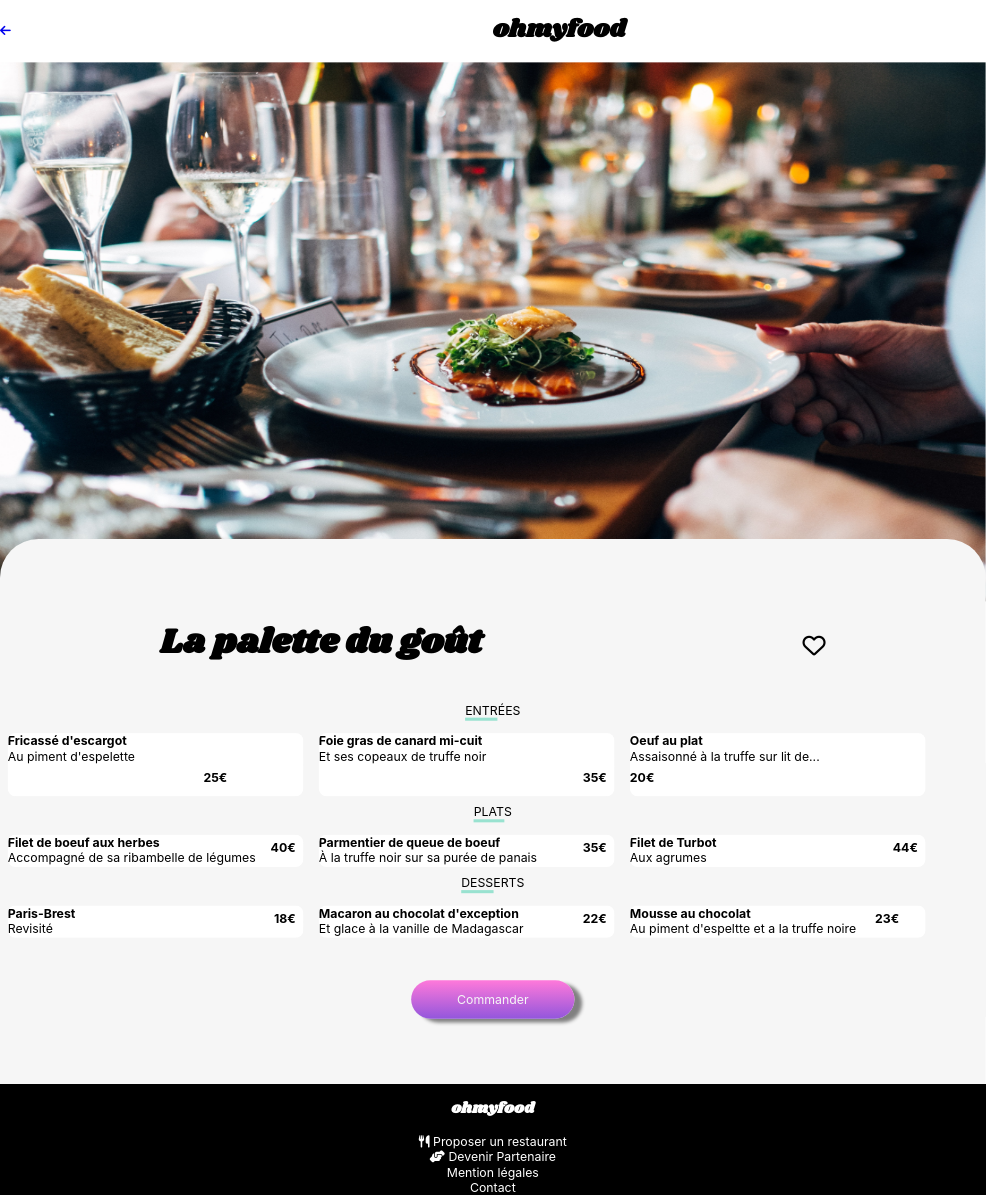
Repository: yacinebouk/ohmyfood
Page: palette.html
These files come from the project's save history. The page is drawn as it stood at one moment and after the next save; the edit follows.
The browser window is 1280 px wide. The pictures show the whole page, at 77% of full size.
Some web libraries are served in a nearby version. The style sheet was rebuilt from its Sass, Less or Tailwind sources for each picture, by a compiler version that may differ from the author's.

Above is the page before, as saved 2022-06-28 13:18:43.

### palette.html
<!DOCTYPE html>
<html lang="fr">

<head>
    <script src="https://kit.fontawesome.com/225bbe1e2d.js" crossorigin="anonymous"></script>
    <meta charset="utf-8" />
    <title>ohmyfood</title>
    <link rel="stylesheet" href="style/francaise.css" />
    <meta name="viewport" content="width=device-width, initial-scale=1">

</head>

<body>
    <main>
        <header>
            <div class="tittle-head">
                <div class="logo-tittle"><a href="./index.html"><i class="fa-solid fa-arrow-left"></i></a></div>
                <h1 class="tittle">ohmyfood</h1>
            </div>
            <div class="img-restaurant"><img src="./images/restaurants/jay-wennington-N_Y88TWmGwA-unsplash.jpg" width="100%" height="100%" class="logo" alt="francaise"></div>
        </header>
        <section class="food">
            <div class="french-tittle">
                <h2><b>La palette du goût</b> </h2>
                <div class="logo-heart"><i class="fa-regular fa-heart"></i></div>
            </div>
            <div class="starter">
                <div class="tittle"><span>ENTR</span>ÉES</div>
                <div class="block">
                    <div class="border">

                        <div class="text">
                            <div class="major"><b>Fricassé d'escargot</b></div>
                            <div class="flavors">Au piment d'espelette</div>
                        </div>
                        <div class="block-price">
                            <div class="price"><b>25€</b></div>
                        </div>

                        <div class="icon-slide"><i class="fa-solid fa-circle-check"></i></div>
                    </div>
                    <div class="border">
                        <div class="text">
                            <div class="major"><b>Foie gras de canard mi-cuit</b></div>
                            <div class="flavors">Et ses copeaux de truffe noir</div>
                        </div>
                        <div class="block-price">
                            <div class="price"><b>35€</b></div>
                            <div class="icon-slide"><i class="fa-solid fa-circle-check"></i></div>
                        </div>
                    </div>
                    <div class="border">
                        <div class="pd-15">
                            <div class="text">
                                <div class="major"><b>Oeuf au plat</b></div>
                                <div class="flavors">Assaisonné à la truffe sur lit de...</div>
                            </div>
                            <div class="block-price">
                                <div class="price"><b>20€</b></div>
                            </div>
                        </div>
                        <div class="icon-slide"><i class="fa-solid fa-circle-check"></i></div>
                    </div>
                </div>
                <div class="dishes">
                    <div class="tittle"><span>PLAT</span>S</div>
                    <div class="block">
                        <div class="border">
                            <div class="pd-15">
                                <div class="major"><b>Filet de boeuf aux herbes</b></div>
                                <div class="flavors">Accompagné de sa ribambelle de légumes</div>
                            </div>
                            <div class="block-price">
                                <div class="price"><b>40€</b></div>
                                <div class="icon-slide"><i class="fa-solid fa-circle-check"></i></div>
                            </div>

                        </div>
                        <div class="border">
                            <div class="text">
                                <div class="major"><b>Parmentier de queue de boeuf</b></div>
                                <div class="flavors">À la truffe noir sur sa purée de panais</div>
                            </div>
                            <div class="block-price">
                                <div class="price"><b>35€</b></div>
                                <div class="icon-slide"><i class="fa-solid fa-circle-check"></i></div>
                            </div>
                        </div>
                        <div class="border">
                            <div class="text">
                                <div class="major"><b>Filet de Turbot</b></div>
                                <div class="flavors">Aux agrumes</div>
                            </div>
                            <div class="block-price">
                                <div class="price"><b>44€</b></div>
                                <div class="icon-slide"><i class="fa-solid fa-circle-check"></i></div>
                            </div>
                        </div>
                    </div>
                </div>
            </div>
            <div class="dessert">
                <div class="tittle"><span>DESS</span>ERTS</div>
                <div class="block">
                    <div class="border">
                        <div class="text">
                            <div class="major"><b>Paris-Brest</b></div>
                            <div class="flavors">Revisité</div>
                        </div>
                        <div class="block-price">
                            <div class="price"><b>18€</b></div>
                            <div class="icon-slide"><i class="fa-solid fa-circle-check"></i></div>
                        </div>
                    </div>
                    <div class="border">
                        <div class="text">
                            <div class="major"><b>Macaron au chocolat d'exception</b></div>
                            <div class="flavors">Et glace à la vanille de Madagascar</div>
                        </div>
                        <div class="block-price">
                            <div class="price"><b>22€</b></div>
                            <div class="icon-slide"><i class="fa-solid fa-circle-check"></i></div>
                        </div>
                    </div>
                    <div class="border">
                        <div class="text">
                            <div class="major"><b>Mousse au chocolat</b></div>
                            <div class="flavors">Au piment d'espeltte et a la truffe noire</div>
                        </div>
                        <div class="price"><b>23€</b></div>
                        <div class="block-price">
                            <div class="icon-slide"><i class="fa-solid fa-circle-check"></i></div>
                        </div>
                    </div>
                </div>
            </div>
            <div class="order">
                <span>Commander</span>
            </div>
        </section>
        <footer>
            <div class="frame-end">
                <h3>ohmyfood</h3>
                <div class="end">
                    <div class="propose"> <i class="fa-solid fa-utensils"></i> Proposer un restaurant</div>
                    <div class="partner"> <i class="fa-solid fa-handshake-angle"></i> Devenir Partenaire</div>
                    <div class="mention">Mention légales</div>
                    <div class="contact">
                        <a href="mailto">Contact</a></div>
                </div>
            </div>
        </footer>
    </main>
</body>

### style/francaise.scss
         @font-face {
             font-family: 'Shrikhand';
             src: url('./Shrikhand-Regular.otf');
         }

         html {
             font-family: -apple-system, BlinkMacSystemFont, 'Segoe UI', Roboto, Oxygen, Ubuntu, Cantarell, 'Open Sans', 'Helvetica Neue', sans-serif;
         }

         header {
             height: 700px;
         }

         main {
             font-size: 16px;
         }

         body {
             margin: 0;
         }

         .img-restaurant {
             height: 100%;
             position: relative;
         }

         .tittle-head {
             display: flex;
             flex-direction: row;
         }

         .logo-heart {
             text-align: center;
             padding-top: 47px;
         }

         .logo-tittle {
             padding-top: 30px;
             width: 50%;
         }

         .food {
             padding-top: 30px;
             display: flex;
             flex-direction: column;
             justify-content: center;
             background-color: #f6f6f6;
             position: relative;
             width: 100%;
             border-radius: 50px 50px 0px 0px;
             height: auto;
         }

         .french-tittle {
             font-size: 30px;
             display: flex;
             flex-direction: row;
             justify-content: center;
             padding-top: 43px;
             padding-bottom: 10px;
             justify-content: space-around;
         }

         .french-text {
             padding-right: 30px;
         }

         .tittle {
             text-align: center;
         }

         .tittle span {
             border-bottom: #99E2D0 solid 4px;
         }

         .block {
             padding-top: 10px;
             display: flex;
             flex-direction: row;
         }

         @-webkit-keyframes fadein {
             from {
                 opacity: 0;
             }
             to {
                 opacity: 1;
             }
         }

         .border {
             overflow: hidden;
             margin: 10px;
             border-radius: 10px;
             background-color: white;
             width: 30%;
             display: flex;
             justify-content: space-between;
             flex-direction: row;
             opacity: 0;
         }

         .border {
             animation: slideUp 1s forwards;
         }

         .border:nth-child(1) {
             animation-delay: .25s;
         }

         .border:nth-child(2) {
             animation-delay: 0.5s;
         }

         .border:nth-child(3) {
             animation-delay: 0.75s;
         }

         @keyframes slideUp {
             0% {
                 transform: translateY(20px);
             }
             100% {
                 transform: translateY(0px);
                 opacity: 1;
             }
         }

         .price {
             align-items: end;
             display: flex;
             padding: 15px 0px;
             padding-top: 7px;
             margin-right: 10px;
             transition-duration: 1000ms;
         }

         footer {
             position: relative;
             clear: both;
         }

         .order {
             padding-top: 60px;
             text-align: center;
             padding-bottom: 100px;
         }

         .frame-end {
             text-align: center;
             background-color: black;
             color: white;
             display: flex;
             flex-direction: column;
         }

         h3 {
             font-family: 'Shrikhand';
             font-size: 20px;
         }

         h1 {
             font-family: 'Shrikhand';
         }

         h2 {
             font-family: 'Shrikhand';
         }

         .order span {
             box-shadow: grey 10px 5px 5px;
             background: linear-gradient(#FF79DA, #9356DC);
             border-radius: 50px 50px;
             padding: 15px 60px 15px 60px;
             color: #f6f6f6;
         }

         .border:hover .icon-slide {
             width: 40px;
         }

         .border:hover .icon-slide>i {
             transform: rotate(360deg);
         }

         .border:after .icon-slide {
             width: 10px;
         }

         .border:hover .pd-15 {
             width: calc(100% - 100px);
         }

         .flavors {
             white-space: nowrap;
             overflow: hidden;
             text-overflow: ellipsis;
             display: block;
             width: 100%;
         }

         .icon-slide {
             transition: width 0.5s ease;
             width: 0px;
             align-items: center;
             background-color: #99E2D0;
             color: white;
             display: flex;
             justify-content: center;
             align-items: center;
             i {
                 transition: 0.5s;
             }
         }

         .block-price {
             display: flex;
         }

         .price b {
             overflow: hidden;
             text-overflow: ellipsis;
             transition-duration: 1000ms;
         }

         .contact a {
             text-decoration: none white;
             color: white;
         }

         @media screen and (min-width: 320px) and (max-width: 768px) {
             .starter {
                 display: flex;
                 justify-content: space-between;
                 flex-direction: column;
             }
             .block {
                 display: flex;
                 justify-content: space-between;
                 flex-direction: column;
             }
             .border {
                 width: auto;
             }
             .french-tittle {
                 justify-content: space-between;
                 margin-left: 15px;
             }
             .tittle {
                 text-align: initial;
                 margin-left: 15px;
             }
             h1 {
                 font-size: 24px;
             }
             .logo-heart {
                 padding-top: 13px;
                 margin-right: 20px;
             }
             .logo-tittle {
                 padding-top: 20px;
             }
             .tittle-head {
                 margin: 0;
                 padding: 0;
                 width: 50%;
             }
             .frame-end {
                 text-align: initial;
             }
             h2 {
                 margin-left: 15px;
             }
             .end {
                 margin-left: 15px;
             }
         }

After the next save:
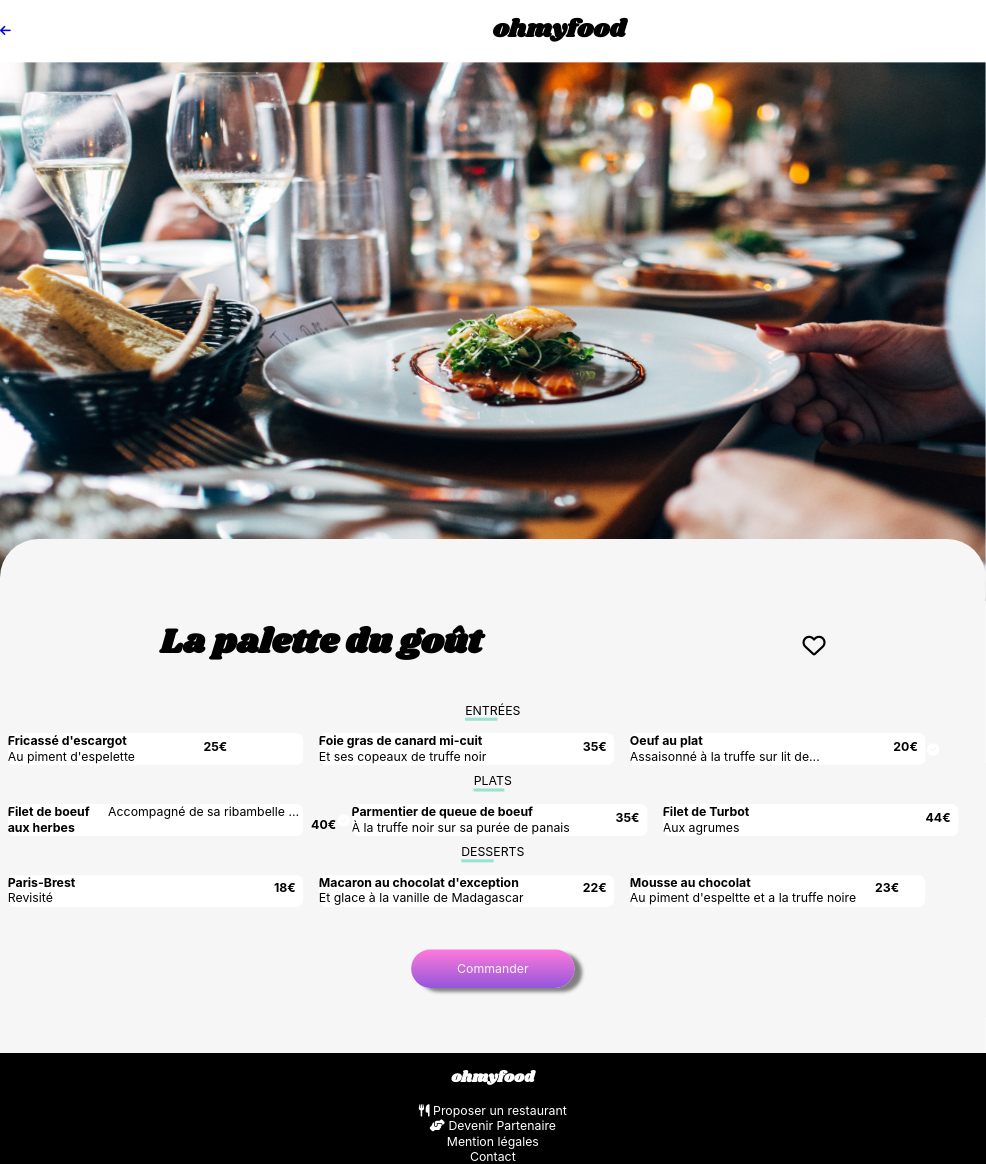
Saved 46 s later.
--- a/palette.html
+++ b/palette.html
@@ -50,30 +50,30 @@
                         </div>
                     </div>
                     <div class="border">
-                        <div class="pd-15">
-                            <div class="text">
-                                <div class="major"><b>Oeuf au plat</b></div>
-                                <div class="flavors">Assaisonné à la truffe sur lit de...</div>
-                            </div>
-                            <div class="block-price">
-                                <div class="price"><b>20€</b></div>
-                            </div>
+
+                        <div class="text">
+                            <div class="major"><b>Oeuf au plat</b></div>
+                            <div class="flavors">Assaisonné à la truffe sur lit de...</div>
                         </div>
-                        <div class="icon-slide"><i class="fa-solid fa-circle-check"></i></div>
+                        <div class="block-price">
+                            <div class="price"><b>20€</b></div>
+                        </div>
                     </div>
+                    <div class="icon-slide"><i class="fa-solid fa-circle-check"></i></div>
+
                 </div>
                 <div class="dishes">
                     <div class="tittle"><span>PLAT</span>S</div>
                     <div class="block">
                         <div class="border">
-                            <div class="pd-15">
-                                <div class="major"><b>Filet de boeuf aux herbes</b></div>
-                                <div class="flavors">Accompagné de sa ribambelle de légumes</div>
-                            </div>
-                            <div class="block-price">
-                                <div class="price"><b>40€</b></div>
-                                <div class="icon-slide"><i class="fa-solid fa-circle-check"></i></div>
-                            </div>
+
+                            <div class="major"><b>Filet de boeuf aux herbes</b></div>
+                            <div class="flavors">Accompagné de sa ribambelle de légumes</div>
+                        </div>
+                        <div class="block-price">
+                            <div class="price"><b>40€</b></div>
+                            <div class="icon-slide"><i class="fa-solid fa-circle-check"></i></div>
+
 
                         </div>
                         <div class="border">
